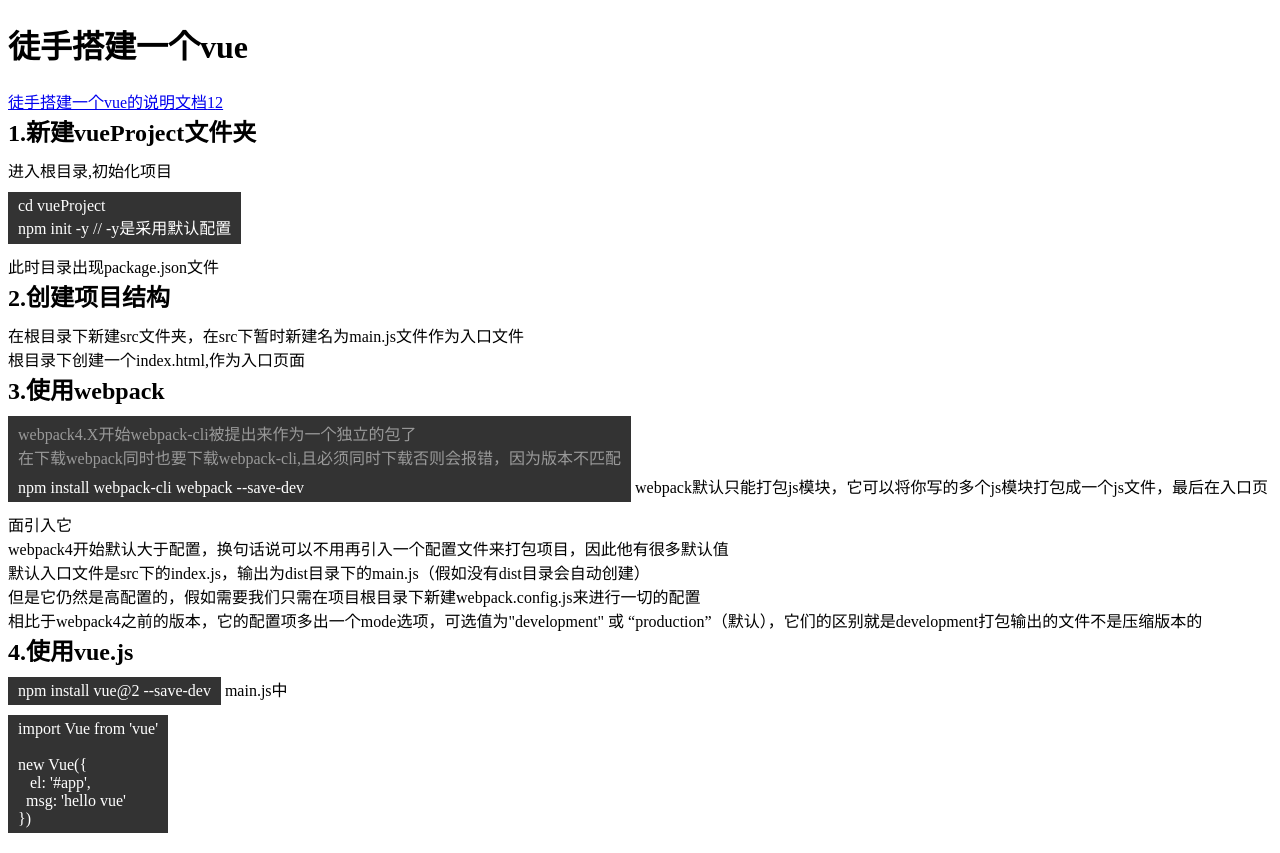
Repository: yuWhy/vue-build-cli
Page: /#/vueBuild
These files come from the project's save history. The page is drawn as it stood at one moment and after the next save; the edit follows.
The browser window is 1280 px wide. The pictures show the whole page.
The project was rebuilt for these pictures with package versions that can differ from the ones it lists, and the page was loaded fresh each time. Also part of the build but not shown: webpack.config.js, src/router/index.js.

Above is the page before, as saved 2021-02-19 16:16:07.

### index.html
<!DOCTYPE html>
<html lang="en">

<head>
  <meta charset="utf-8">
  <meta http-equiv="X-UA-Compatible" content="IE=edge">
  <meta name="viewport" content="width=device-width,initial-scale=1.0">
</head>

<body>
  <div id="app"></div>
</body>

</html>

### src/main.js
import Vue from 'vue'
import App from "./App.vue"
import router from './router/index.js'

new Vue({
  el: '#app',
  router,
  render: h => h(App)
})

### src/App.vue
<template>
  <div id="app">
    <h1>{{msg}}</h1>
    <router-link to="vueBuild">徒手搭建一个vue的说明文档</router-link>
    <router-link to="hello">1</router-link>
    <router-link to="login">2</router-link>
    <router-view></router-view>
  </div>
</template>

<script>
export default {
  name: 'App',
  data() {
    return {
      msg: '徒手搭建一个vue'
    }
  }
}
</script>

### src/components/vue-build.vue
<template>
  <div>
    <h2>1.新建vueProject文件夹</h2>
    <p>进入根目录,初始化项目</p>
    <div class="dimk">
      cd vueProject <br>
      npm init -y // -y是采用默认配置
    </div>
    <br>
    此时目录出现package.json文件
    <h2>2.创建项目结构</h2>
    在根目录下新建src文件夹，在src下暂时新建名为main.js文件作为入口文件<br>
    根目录下创建一个index.html,作为入口页面
    <h2>3.使用webpack</h2>
    <div class="dimk">
     <p class="hui"> webpack4.X开始webpack-cli被提出来作为一个独立的包了<br>
      在下载webpack同时也要下载webpack-cli,且必须同时下载否则会报错，因为版本不匹配<br></p>
      npm install webpack-cli webpack --save-dev<br>
    </div>
    webpack默认只能打包js模块，它可以将你写的多个js模块打包成一个js文件，最后在入口页面引入它<br>
    webpack4开始默认大于配置，换句话说可以不用再引入一个配置文件来打包项目，因此他有很多默认值<br>
    默认入口文件是src下的index.js，输出为dist目录下的main.js（假如没有dist目录会自动创建）<br>
    但是它仍然是高配置的，假如需要我们只需在项目根目录下新建webpack.config.js来进行一切的配置<br>
    相比于webpack4之前的版本，它的配置项多出一个mode选项，可选值为"development" 或 “production”（默认），它们的区别就是development打包输出的文件不是压缩版本的
    <h2>4.使用vue.js</h2>
    <div class="dimk">npm install vue@2 --save-dev</div>
    main.js中<br>
    <div class="dimk">
      import Vue from 'vue'<br><br>
      new Vue({<br>
          &nbsp;&nbsp; el: '#app',<br>
          &nbsp;&nbsp;msg: 'hello vue'<br>
      })<br>
    </div>
  </div>
</template>
<script>
export default {
  name: 'vueBuild'
}
</script>
<style scoped>
* {
  padding: 0;
  margin: 0;
  margin-bottom: 10px;
}
  .dimk {
    background: #333;
    color: #fff;
    padding: 5px 10px;
    display: inline-block;
  }
  .dimk .hui {
    color: #999;
  }
</style>

After the next save:
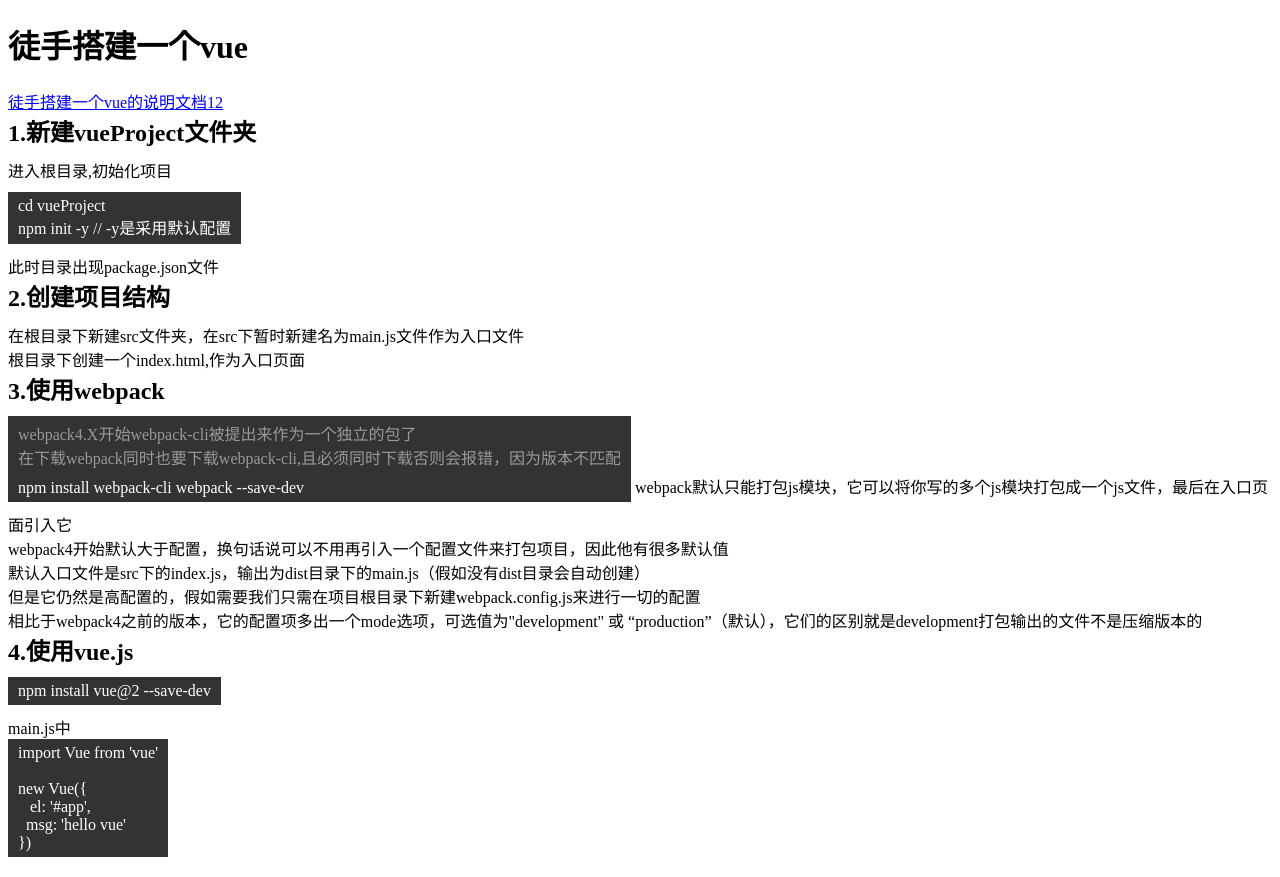
Saved 23 s later.
--- a/src/components/vue-build.vue
+++ b/src/components/vue-build.vue
@@ -23,7 +23,7 @@
     但是它仍然是高配置的，假如需要我们只需在项目根目录下新建webpack.config.js来进行一切的配置<br>
     相比于webpack4之前的版本，它的配置项多出一个mode选项，可选值为"development" 或 “production”（默认），它们的区别就是development打包输出的文件不是压缩版本的
     <h2>4.使用vue.js</h2>
-    <div class="dimk">npm install vue@2 --save-dev</div>
+    <div class="dimk">npm install vue@2 --save-dev</div><br>
     main.js中<br>
     <div class="dimk">
       import Vue from 'vue'<br><br>
